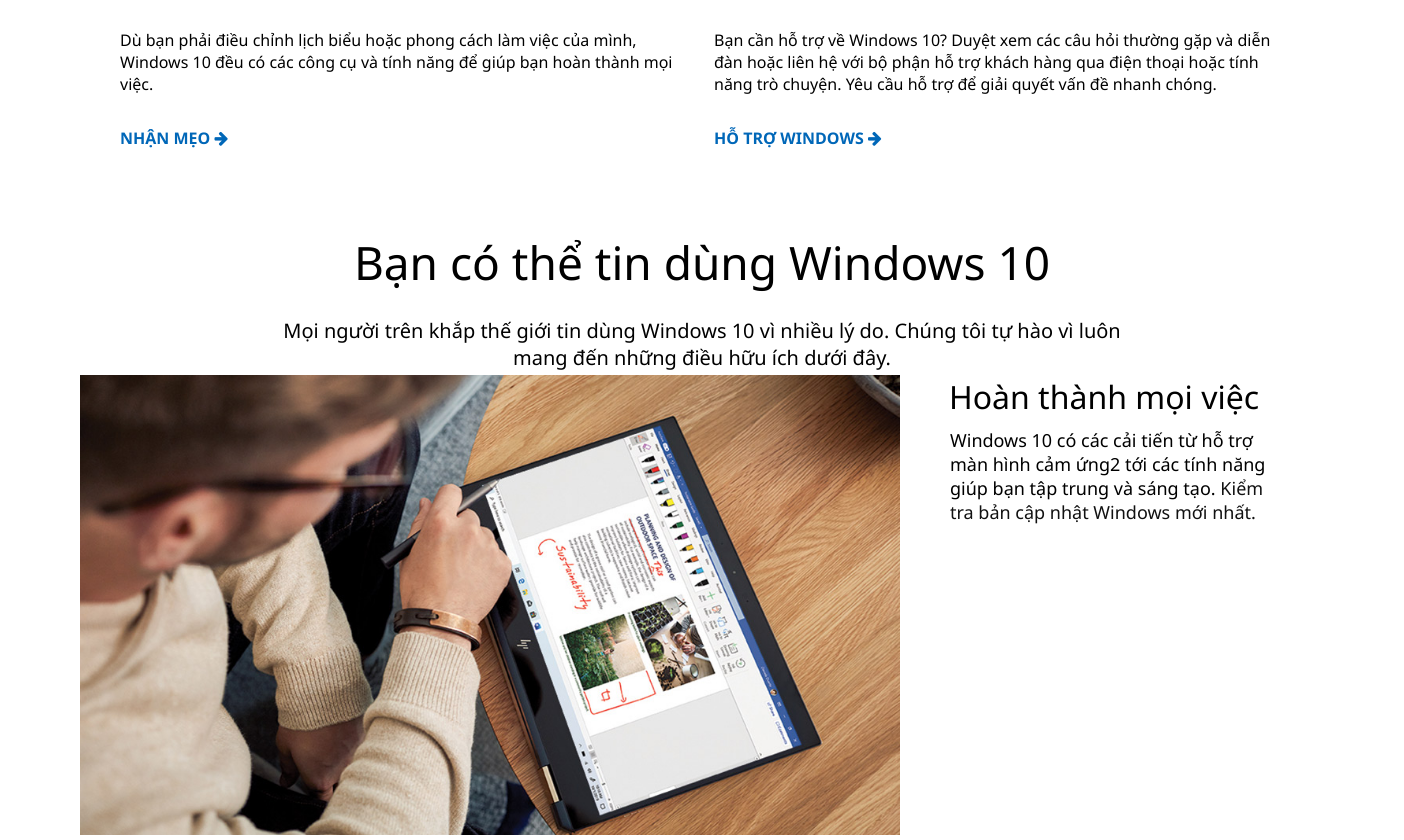
Repository: hoangphuong965/clone-Microsoft---practice
Page: index.html
The author's editor kept a copy of each file at every save. The page is drawn from the files as they stood at one save, then again after the next save.
The browser window is 1280 px wide. The page is 1404 px wide, so the pictures cover 1404 px, including what lies to the right of the window. The pictures show the part of the page from y = 1235 to 2075 px (the page is 2075 px tall).

Above is the page before, as saved 2020-06-10 21:06:39.

After the next save:
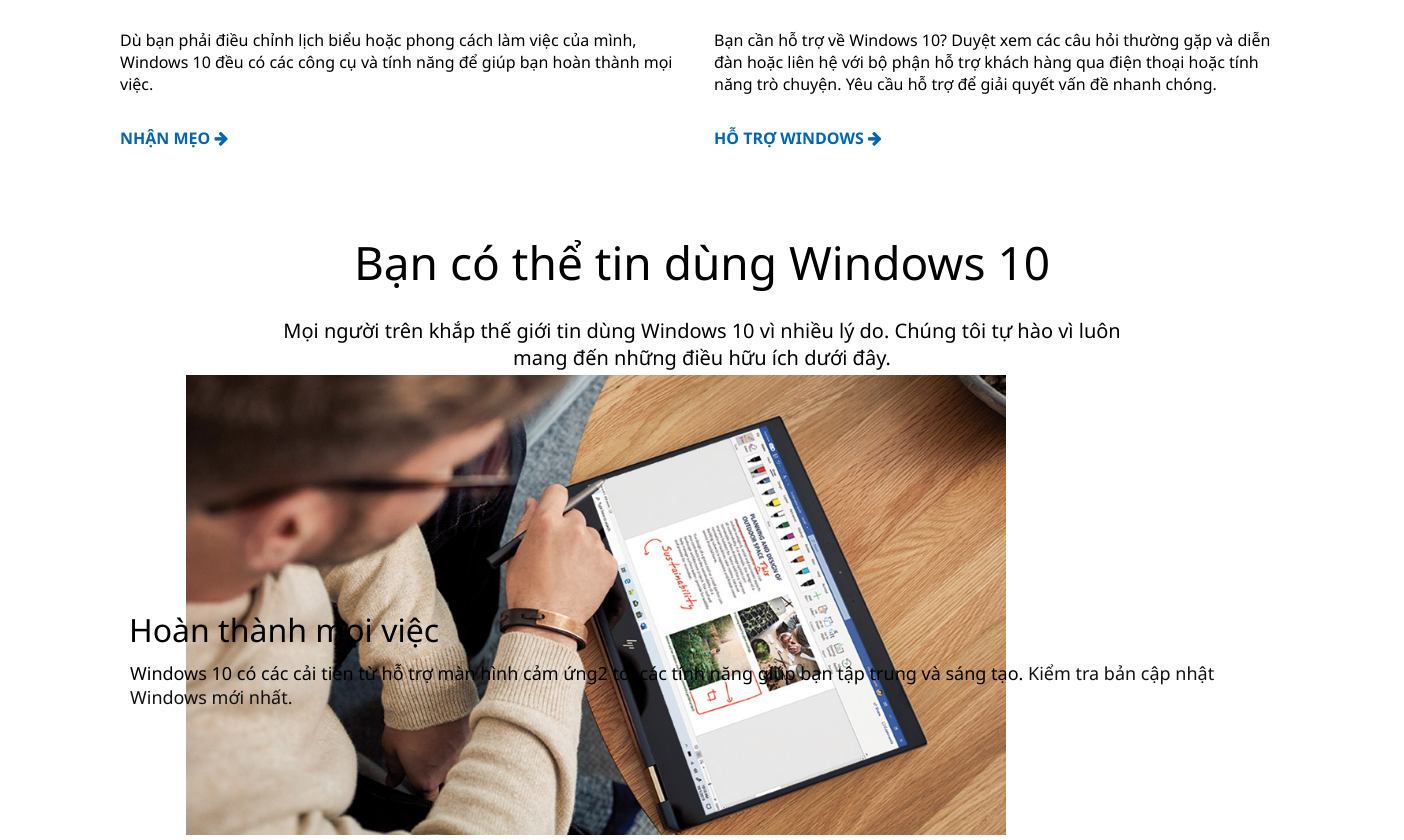
Saved 8 s later.
--- a/style.css
+++ b/style.css
@@ -154,7 +154,7 @@
   width: 820px;
   height: 460px;
 }
-{
+.feature-text-right{
   position: absolute;
   top: 50%;
 }

After the 3 saves that followed:
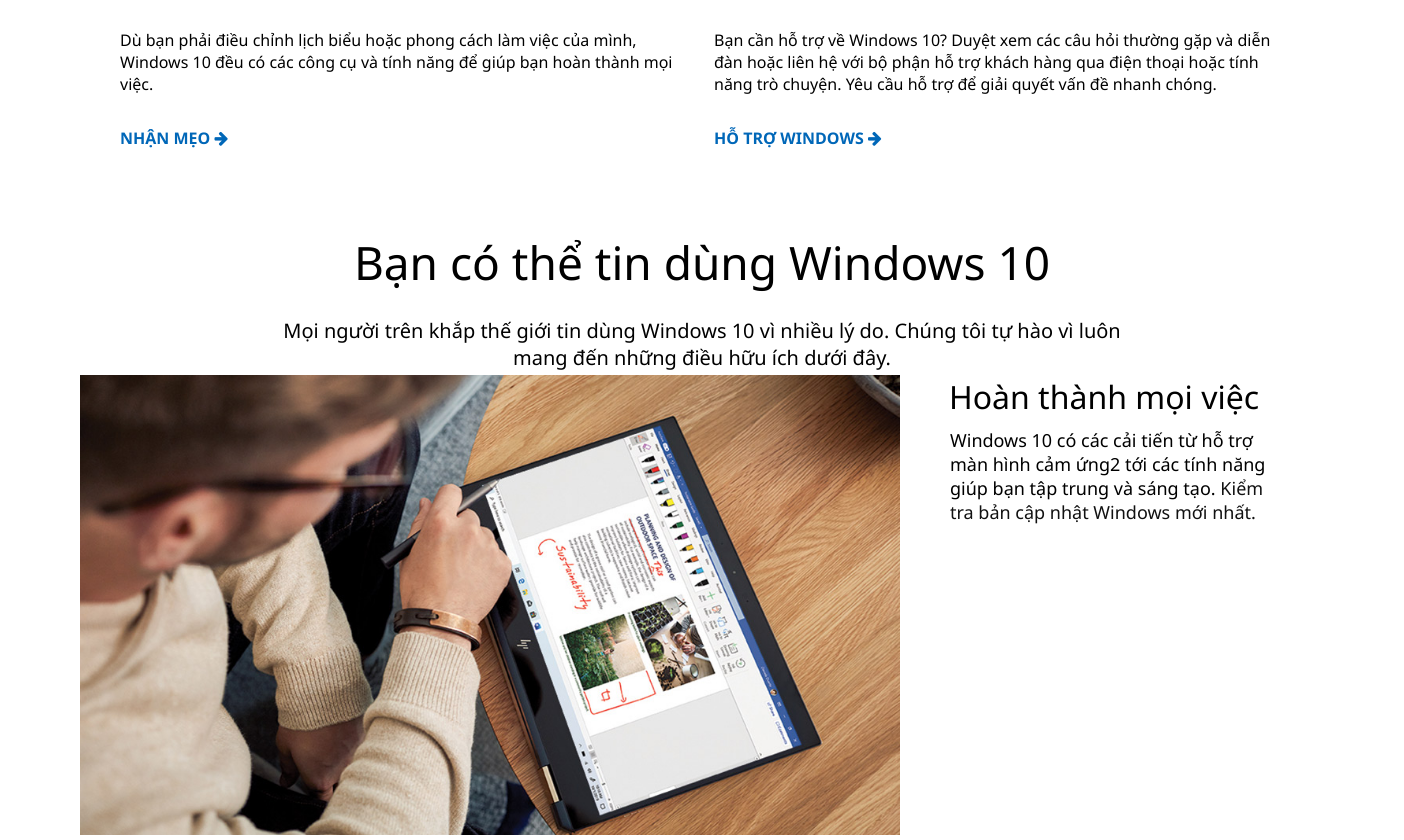
The 3 saves are shown as one change because they came seconds apart.
The last was saved 15 s later.
--- a/style.css
+++ b/style.css
@@ -154,7 +154,7 @@
   width: 820px;
   height: 460px;
 }
-.feature-text-right{
+.feature-text-right h2 p{
   position: absolute;
   top: 50%;
 }
